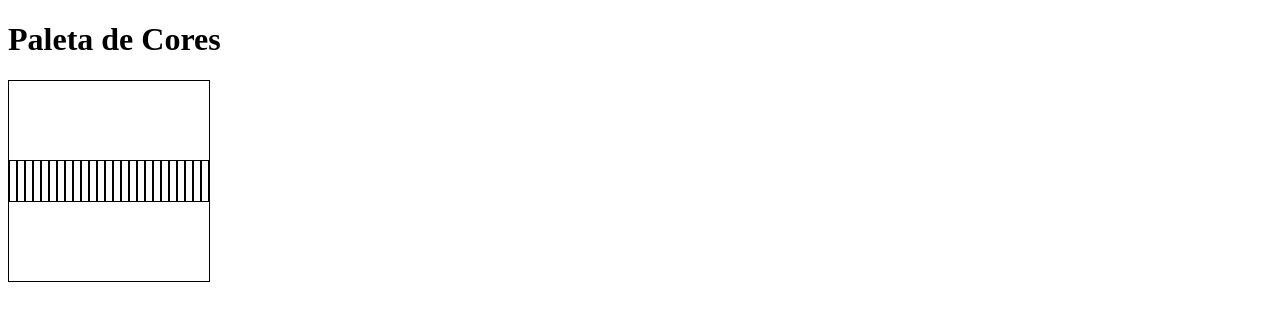
Repository: MuriloColleti/project-Pixer-Art
Page: index.html
An editor plug-in stored every save of this project. The page is shown before and after the next save, followed by the edit.
The browser window is 1280 px wide. The pictures show the whole page.

Above is the page before, as saved 2024-02-05 15:53:33.

After the next save:
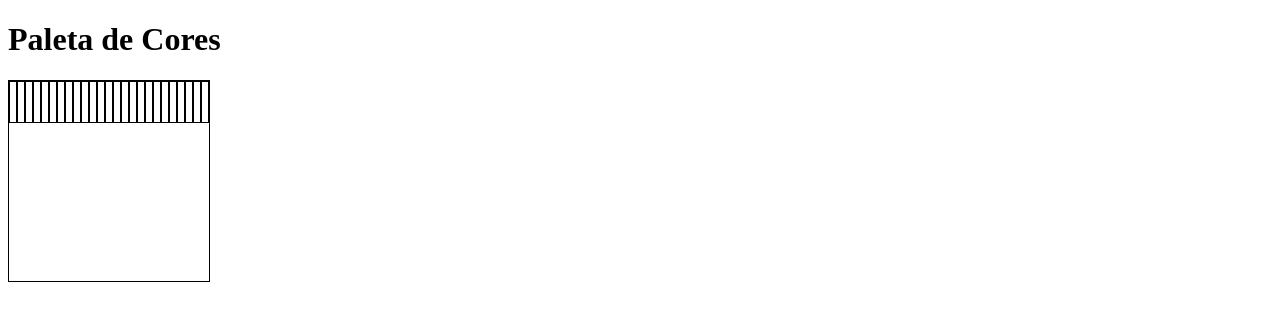
Saved 14 s later.
--- a/style.css
+++ b/style.css
@@ -24,7 +24,7 @@
 #pixel-board{
     border: 1px solid black;
     display: flex;
-    align-items: center;
+
     justify-content: center;
     width: 200px;
     height: 200px;
